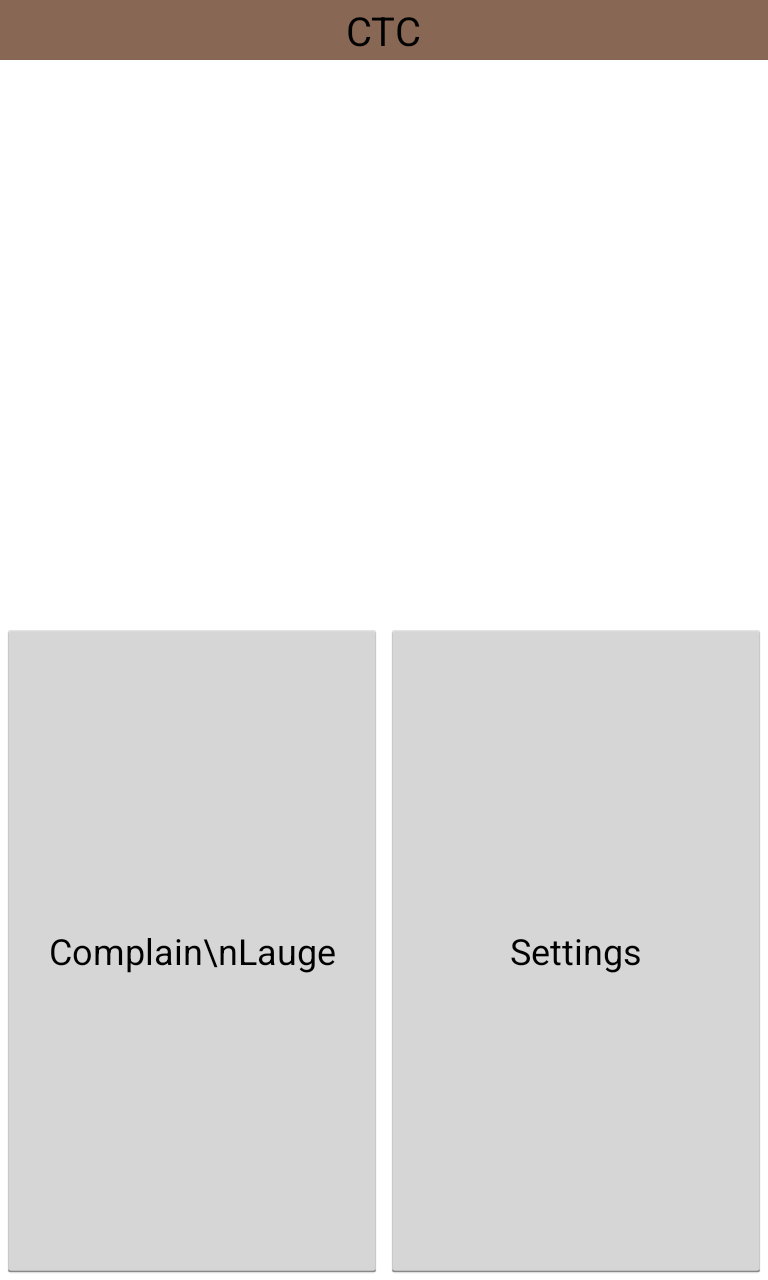
Repository: nilasissen/CTC
Layout: dev/CTC/res/layout/activity_emergencyalert.xml
The author's editor kept a copy of each file at every save. The layout is drawn from the files as they stood at one save, then again after the next save.
It is drawn on a 768 x 1280 px phone screen (xhdpi) without system bars, with theme AppTheme; the app's code is not run.

Above is the layout before, as saved 2015-02-10 11:13:26.

### dev/CTC/res/layout/activity_emergencyalert.xml
<?xml version="1.0" encoding="utf-8"?>
<FrameLayout xmlns:android="http://schemas.android.com/apk/res/android"
    android:layout_width="match_parent"
    android:layout_height="match_parent" >
<RelativeLayout
        android:layout_width="match_parent"
        android:layout_height="match_parent" >

        <LinearLayout
            android:id="@+id/header"
            android:layout_width="match_parent"
            android:layout_height="30dp"
            android:background="#886754"
            android:gravity="center"
            android:orientation="vertical" >

            <TextView
                android:layout_width="wrap_content"
                android:layout_height="wrap_content"
                android:layout_gravity="center"
                android:text="CTC"
                android:textColor="#000000"
                android:textSize="20dp" />
        </LinearLayout>

        <LinearLayout
            android:layout_width="match_parent"
            android:layout_height="match_parent"
            android:layout_below="@id/header"
            android:orientation="vertical"
            android:weightSum="2" >

            <LinearLayout
                android:layout_width="match_parent"
                android:layout_height="wrap_content"
                android:layout_weight="1"
                android:orientation="horizontal"
                android:weightSum="2" >

            </LinearLayout>

            <LinearLayout
                android:layout_width="match_parent"
                android:layout_height="wrap_content"
                android:layout_weight="1"
                android:orientation="horizontal"
                android:weightSum="2" >

                <Button
                    android:id="@+id/complianlauge"
                    android:layout_width="fill_parent"
                    android:layout_height="fill_parent"
                    android:layout_weight="1"
                    android:text="Complain\nLauge" />

                <Button
                    android:id="@+id/settings"
                    android:layout_width="fill_parent"
                    android:layout_height="fill_parent"
                    android:layout_weight="1"
                    android:text="Settings" />
            </LinearLayout>
        </LinearLayout>
    </RelativeLayout>



</FrameLayout>

Loaded but not shown: dev/CTC/res/values/styles.xml (common file); dev/CTC/res/values-v11/styles.xml (common file); dev/CTC/res/values-v14/styles.xml (common file)

After the next save:
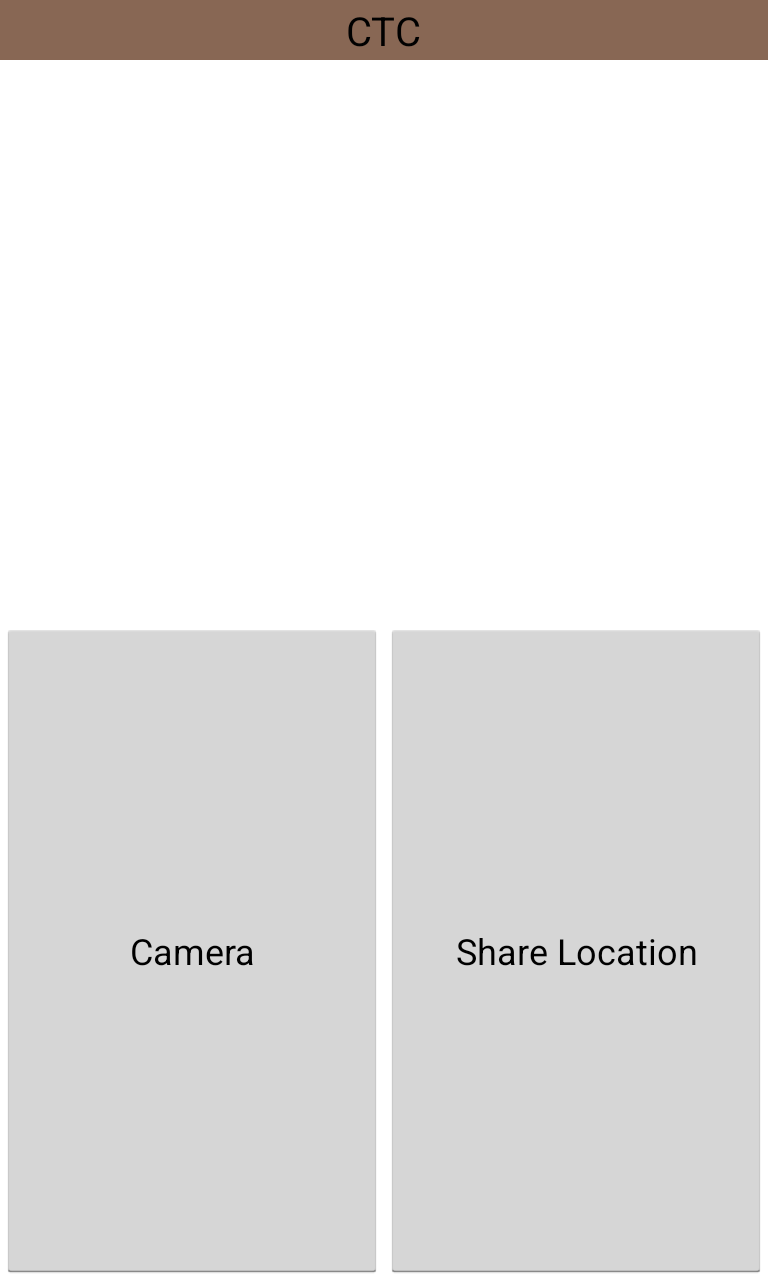
Saved 34 s later.
--- a/dev/CTC/res/layout/activity_emergencyalert.xml
+++ b/dev/CTC/res/layout/activity_emergencyalert.xml
@@ -51,14 +51,14 @@
                     android:layout_width="fill_parent"
                     android:layout_height="fill_parent"
                     android:layout_weight="1"
-                    android:text="Complain\nLauge" />
+                    android:text="Camera" />
 
                 <Button
                     android:id="@+id/settings"
                     android:layout_width="fill_parent"
                     android:layout_height="fill_parent"
                     android:layout_weight="1"
-                    android:text="Settings" />
+                    android:text="Share Location" />
             </LinearLayout>
         </LinearLayout>
     </RelativeLayout>
